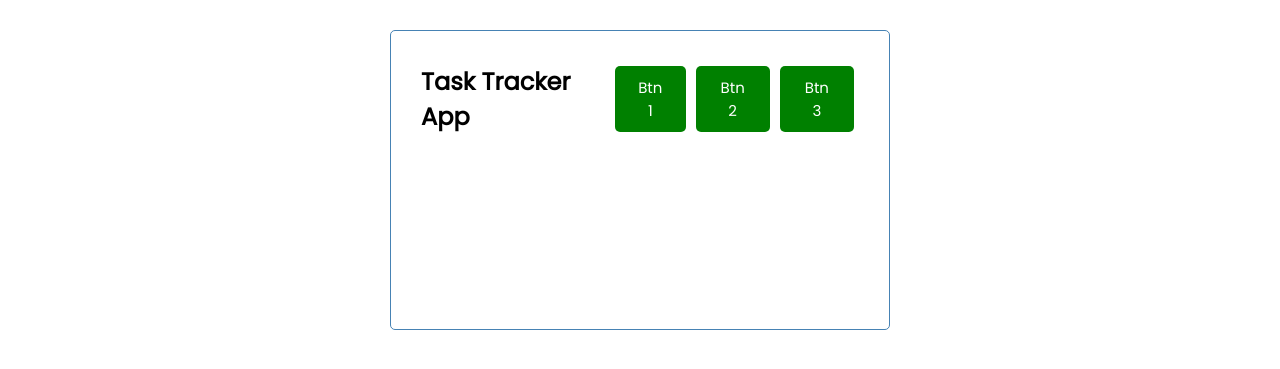
Repository: feyroozecode/task_tracker
Page: /
These files come from the project's save history. The page is drawn as it stood at one moment and after a run of saves; the edit follows.
The browser window is 1280 px wide. The pictures show the whole page.
The project was rebuilt for these pictures with package versions that can differ from the ones it lists, and the page was loaded fresh each time.

Above is the page before, as saved 2023-10-19 16:56:42.

### public/index.html
<!DOCTYPE html>
<html lang="en">
  <head>
    <meta charset="utf-8" />
    <link rel="icon" href="%PUBLIC_URL%/favicon.ico" />
    <meta name="viewport" content="width=device-width, initial-scale=1" />
    <meta name="theme-color" content="#000000" />
    <meta
      name="description"
      content="Web site created using create-react-app"
    />
    <link rel="apple-touch-icon" href="%PUBLIC_URL%/logo192.png" />

    <link rel="manifest" href="%PUBLIC_URL%/manifest.json" />

    <title>React App</title>
  </head>
  <body>
    <noscript>You need to enable JavaScript to run this app.</noscript>

    <div id="root"></div>

  </body>
</html>

### src/App.js
import Header from './components/Header'

const App = ()  => {
   const appName = 'Task Tracker App'

   return (
     <div className="container">
      <Header title={appName} />
     </div>
   );

}

export default App;

### src/components/Header.js
import PropTypes from 'prop-types'
import AddButton from './AddButton'

const Header = ({ title }) => {
    return (
        <header className='header'>
            <h2 > { title } </h2>
            <AddButton color='green' text='Btn 1' />
            <AddButton color='green' text='Btn 2' />
            <AddButton color='green' text='Btn 3' />
        </header>
    )
}

// set default title
Header.defaultProps = {
    title: 'Task Tracker'
}

Header.propTypes = {
    title: PropTypes.string.isRequired
}

// styles
const headingStyles = {
    color: 'wheat',
    backgroundColor: 'green',
    textAlign: 'center'
}

export default Header

### src/components/AddButton.js

const AddButton = ({color, text}) => {
    return (
     <button
      className='btn'
     style={{ backgroundColor: color }}
     > {text} </button>
    )

}

export default AddButton

Loaded but not shown: src/index.js (common file); src/index.css (common file)

After the next 2 saves:
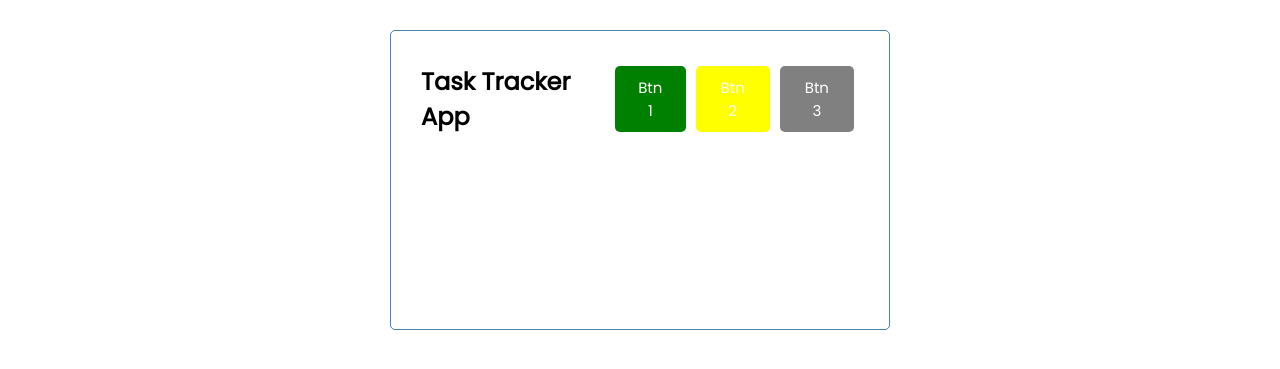
The 2 saves are shown as one change because they came seconds apart.
The last was saved 17 s later.
--- a/src/components/Header.js
+++ b/src/components/Header.js
@@ -6,8 +6,8 @@ const Header = ({ title }) => {
         <header className='header'>
             <h2 > { title } </h2>
             <AddButton color='green' text='Btn 1' />
-            <AddButton color='green' text='Btn 2' />
-            <AddButton color='green' text='Btn 3' />
+            <AddButton color='yellow' text='Btn 2' />
+            <AddButton color='gray' text='Btn 3' />
         </header>
     )
 }
